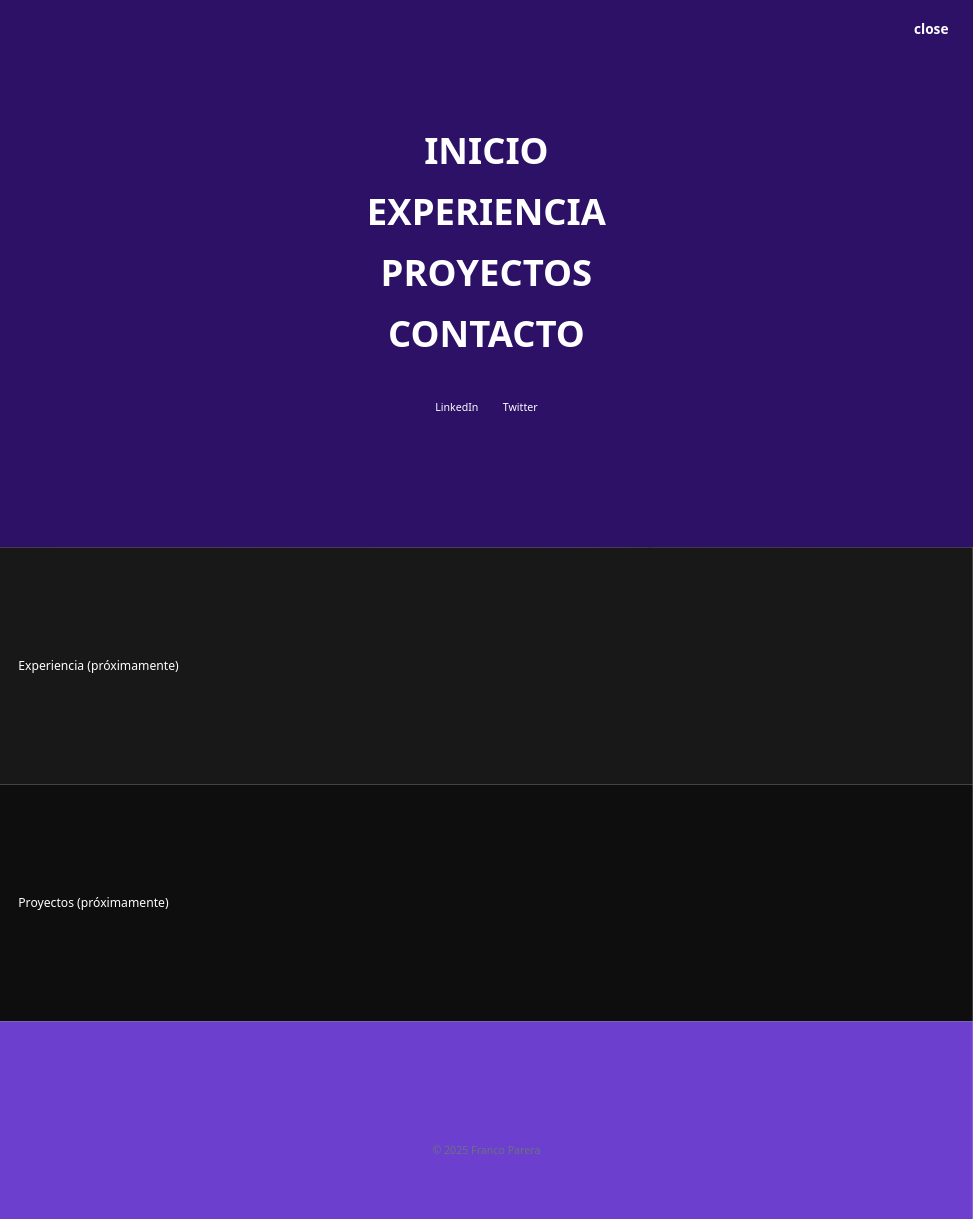
Repository: francoluca35/portfolio-franco-dev
Page: /, after clicking the first element matching `button.space-y-2`
An editor plug-in stored every save of this project. The page is shown before and after the next save, followed by the edit.
The browser window is 1280 px wide. The pictures show the whole page, at 76% of full size.
The project was rebuilt for these pictures with package versions that can differ from the ones it lists, and the page was loaded fresh each time. The framework's server and built-in components were replaced by stand-ins that run in the browser. Also part of the build but not shown: next.config.js.

Above is the page before, as saved 2025-05-06 01:41:39.

After the next save:
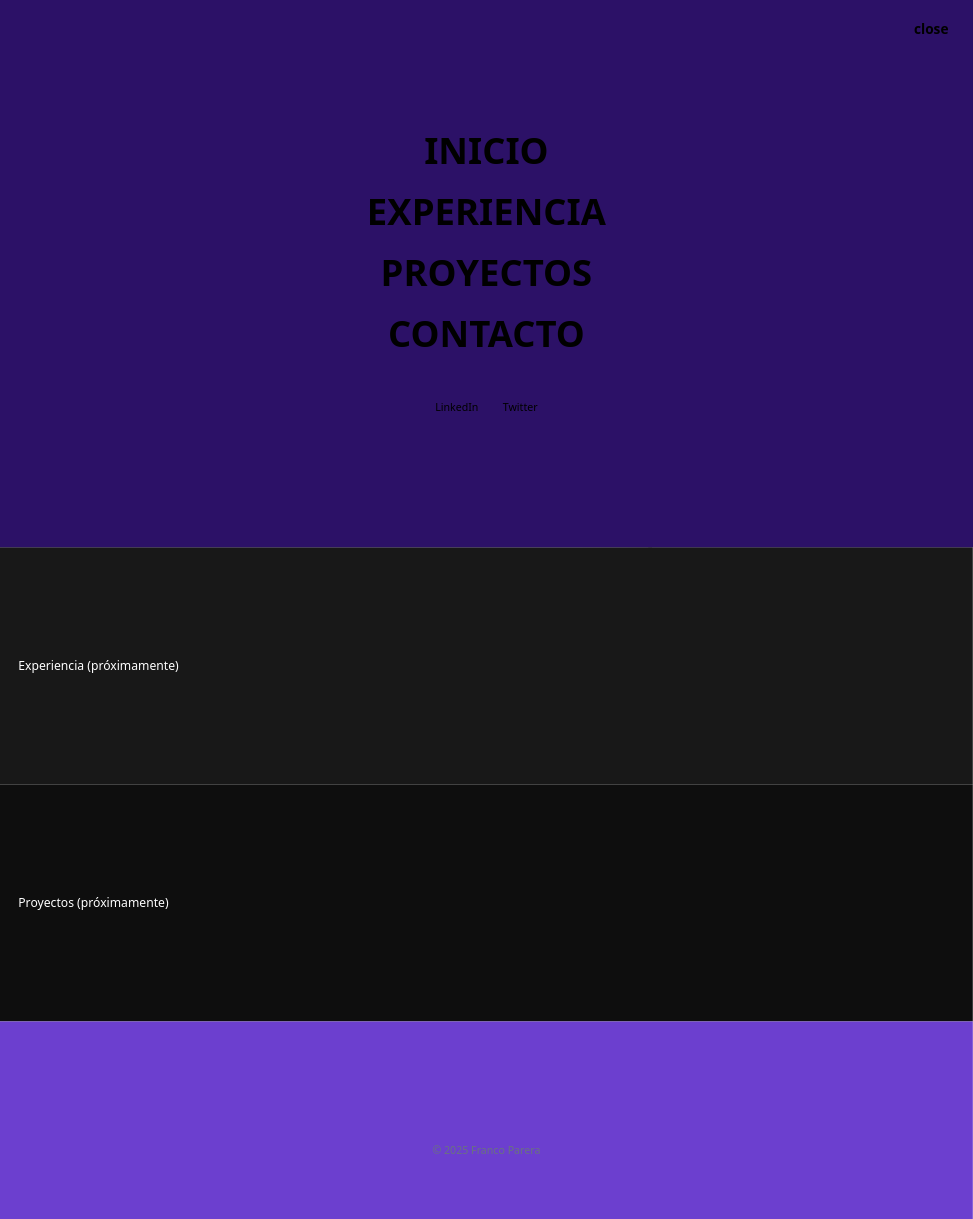
Saved 17 s later.
--- a/components/Nav.jsx
+++ b/components/Nav.jsx
@@ -39,7 +39,7 @@
             initial={{ opacity: 0 }}
             animate={{ opacity: 1 }}
             exit={{ opacity: 0 }}
-            className="fixed inset-0 bg-[#2c1167] text-white flex flex-col items-center justify-center text-5xl font-extrabold z-50"
+            className="fixed inset-0 bg-[#2c1167] text-white hover:text-black flex flex-col items-center justify-center text-5xl font-extrabold z-50"
           >
             <button
               onClick={() => setIsOpen(false)}

After the save that followed:
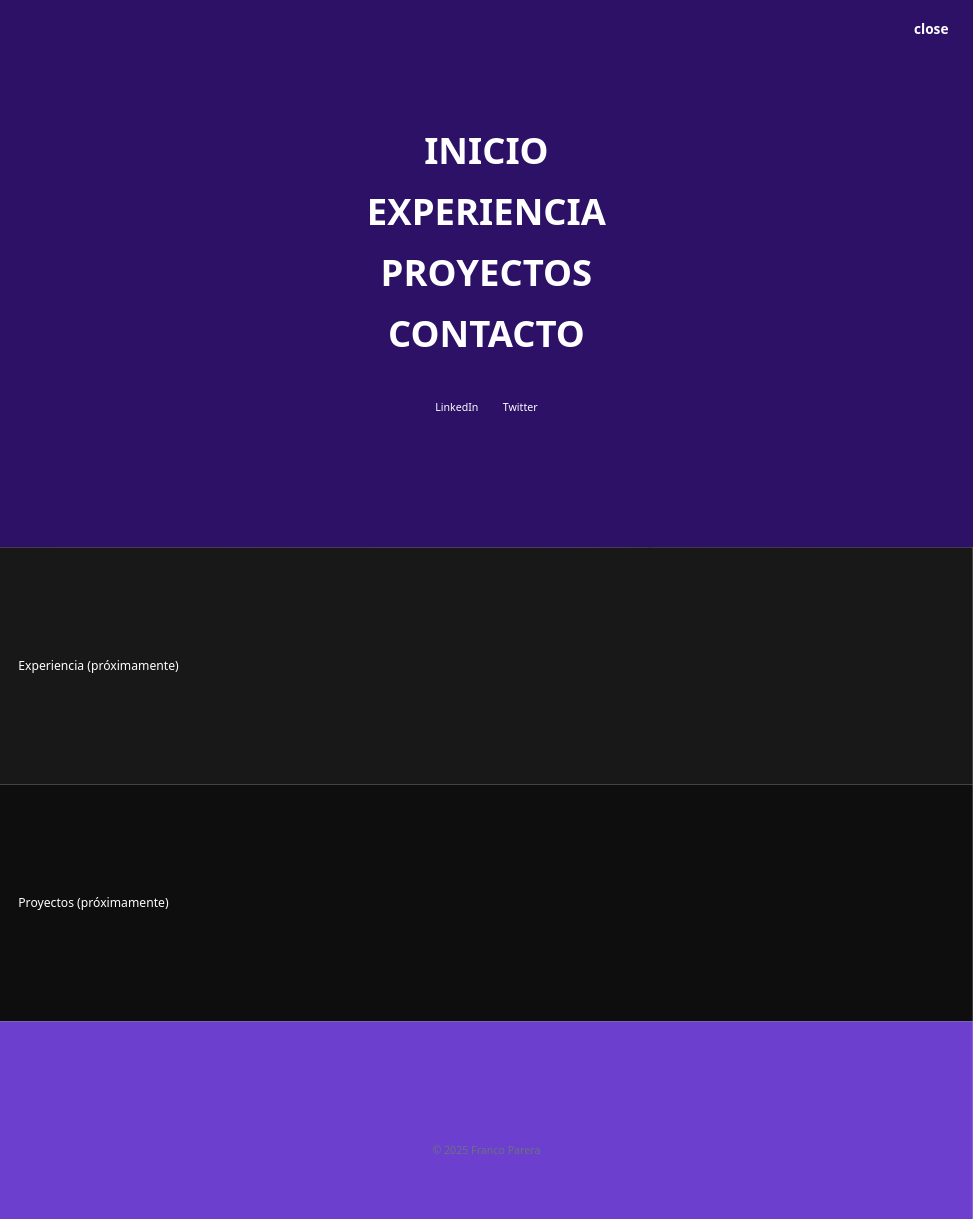
Saved 23 s later.
--- a/components/Nav.jsx
+++ b/components/Nav.jsx
@@ -39,7 +39,7 @@
             initial={{ opacity: 0 }}
             animate={{ opacity: 1 }}
             exit={{ opacity: 0 }}
-            className="fixed inset-0 bg-[#2c1167] text-white hover:text-black flex flex-col items-center justify-center text-5xl font-extrabold z-50"
+            className="fixed inset-0 bg-[#2c1167] text-white  flex flex-col items-center justify-center text-5xl font-extrabold z-50"
           >
             <button
               onClick={() => setIsOpen(false)}
@@ -50,7 +50,11 @@
 
             <ul className="space-y-8 text-center">
               <li>
-                <Link href="#inicio" onClick={() => setIsOpen(false)}>
+                <Link
+                  className="hover:text-black"
+                  href="#inicio"
+                  onClick={() => setIsOpen(false)}
+                >
                   INICIO
                 </Link>
               </li>
